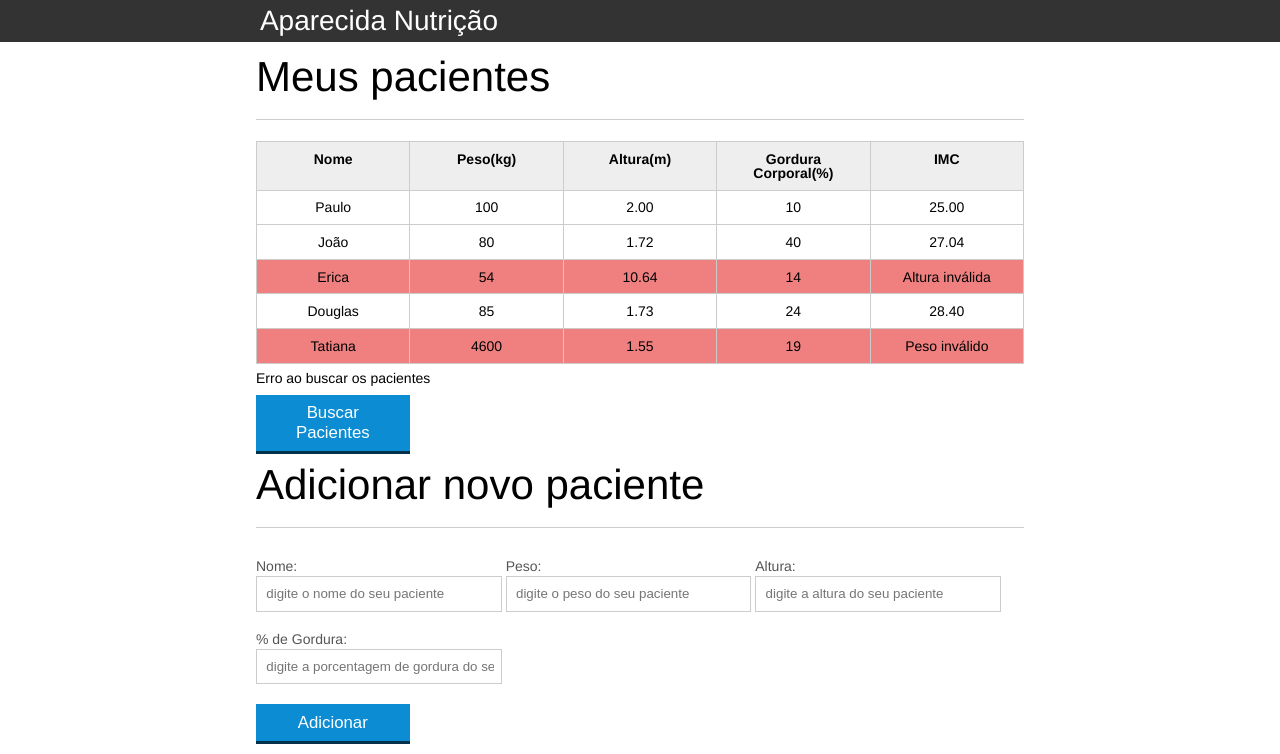
Repository: prof-fernando-alves/introducao-javascript
Page: index.html
These files come from the project's save history. The page is drawn as it stood at one moment and after a run of saves; the edit follows.
The browser window is 1280 px wide. The pictures show the whole page.

Above is the page before, as saved 2021-10-26 19:48:27.

### index.html
<!DOCTYPE html>
<html lang="pt-br">
	<head>
		<meta charset="UTF-8">
		<title>Aparecida Nutrição</title>
		<link rel="icon" href="favicon.ico" type="image/x-icon">
		<link rel="stylesheet" type="text/css" href="css/reset.css">
		<link rel="stylesheet" type="text/css" href="css/index.css">

	</head>
	<body>

		<header>
			<div class="container">
				<h2 class="titulo">Aparecida Nutrição</h2>
			</div>
		</header>
		<main>
			<section class="container">
				<h2>Meus pacientes</h2>
				<table>
					<thead>
						<tr>
							<th>Nome</th>
							<th>Peso(kg)</th>
							<th>Altura(m)</th>
							<th>Gordura Corporal(%)</th>
							<th>IMC</th>
						</tr>
					</thead>
					<tbody id="tabela-pacientes">
						<tr class="paciente" id="primeiro-paciente">
							<td class="info-nome">Paulo</td>
							<td class="info-peso">100</td>
							<td class="info-altura">2.00</td>
							<td class="info-gordura">10</td>
							<td class="info-imc">0</td>
						</tr>

						<tr class="paciente" >
							<td class="info-nome">João</td>
							<td class="info-peso">80</td>
							<td class="info-altura">1.72</td>
							<td class="info-gordura">40</td>
							<td class="info-imc">0</td>
						</tr>

						<tr class="paciente" >
							<td class="info-nome">Erica</td>
							<td class="info-peso">54</td>
							<td class="info-altura">10.64</td>
							<td class="info-gordura">14</td>
							<td class="info-imc">0</td>
						</tr>

						<tr class="paciente">
							<td class="info-nome">Douglas</td>
							<td class="info-peso">85</td>
							<td class="info-altura">1.73</td>
							<td class="info-gordura">24</td>
							<td class="info-imc">0</td>
						</tr>
						<tr class="paciente" >
							<td class="info-nome">Tatiana</td>
							<td class="info-peso">4600</td>
							<td class="info-altura">1.55</td>
							<td class="info-gordura">19</td>
							<td class="info-imc">0</td>
						</tr>
					</tbody>
				</table>
				<span id="erro-ajax" class="invisivel">Erro ao buscar os pacientes</span>

				<button id="buscar-pacientes" class="botao bto-principal">Buscar Pacientes</button>
			</section>
		</main>
		<!-- ... -->
		<section class="container">
			<h2 id="titulo-form">Adicionar novo paciente</h2>
			<ul id="mensagens-erro"></ul>
			<form id="form-adiciona">
				<div class="grupo">
					<label for="nome">Nome:</label>
					<input id="nome" name="nome" type="text" placeholder="digite o nome do seu paciente" class="campo">
				</div>
				<div class="grupo">
					<label for="peso">Peso:</label>
					<input id="peso" name="peso" type="text" placeholder="digite o peso do seu paciente" class="campo campo-medio">
				</div>
				<div class="grupo">
					<label for="altura">Altura:</label>
					<input id="altura" name="altura" type="text" placeholder="digite a altura do seu paciente" class="campo campo-medio">
				</div>
				<div class="grupo">
					<label for="gordura">% de Gordura:</label>
					<input id="gordura" type="text" placeholder="digite a porcentagem de gordura do seu paciente" class="campo campo-medio">
				</div>

				<button id="adicionar-paciente" class="botao bto-principal">Adicionar</button>
			</form>
		</section>

		<script src="js/principal.js" ></script>
		<script src="js/calcula-imc.js"></script>
		<script src="js/buscar-pacientes.js"></script>

	</body>
</html>

### css/index.css
*{
	box-sizing: border-box;
 }

body{
	font-family: "Helvetica Neue", "Helvetica", Helvetica, Arial, sans-serif;
	font-size: 14px;
}

header{
	background-color: #333;
	height: 3em;
	color: #FFF;
	margin-bottom: 1em;
}

header h1{
	font-size: 2em;
	display:inline-block;
	vertical-align:	middle;
}
header h2{
	font-size: 2em;
	display:inline-block;
	vertical-align:	middle;
}

header .container:before{
	content: '';
	display:inline-block;
	height: 100%;
	vertical-align:	middle;
}

.container{
	width: 60%;
	height: 100%;
	margin: 0 auto;
}

section{
	margin: 2em 0;
	overflow: hidden;
}

section h2{
	font-size: 3em;
	display: block;
	padding-bottom: .5em;
	border-bottom: 1px solid #ccc;
	margin-bottom: .5em;
}

table{
	width: 100%;
	margin-bottom : .5em;
    table-layout: fixed;

}

td, th {
	padding: .7em;
	margin: 0;
	border: 1px solid #ccc;
	text-align: center;
}

th{
	font-weight: bold;
	background-color: #EEE;
}

label{
	color: #555;
	display: block;
	margin-bottom: .2em;
}

.campo{
	margin: 0;
	padding-bottom: 1em;
	width: 100%;
	border: 1px solid #ccc;
	padding: .7em;
	width: 100%;
}

.campo-medio{
	display: inline-block;
	padding-right: .5em;
}

.grupo{
	width: 32%;
	display: inline-block;
	padding: 10px 0px;
}

button{
	padding: .5em 2em;
	border: 0;
	border-bottom: 3px solid;
	font-size: 1.2em;
	cursor: pointer;
	margin: 0;
	margin-top: -3px;
	color: #fff;
	background-color:#0c8cd3;
	border-color: #04324c;
	width: 20%;
    display: block;
    clear: both;
    margin: 10px 0px;

}

button:active{
	margin-top:0px;
	border: 0;
}

button[disabled=disabled], button:disabled {
    background-color: gray;
	border-color: darkgray;

}

.adicionar-paciente{
    margin-top: 30px;
}

.campo-invalido{
	border: 1px solid red;
}

.paciente-invalido{
	background-color : lightcoral;
}

#mensagens-erro{
	color: red;
}

### js/principal.js
    var botaoAdicionar = document.querySelector("#adicionar-paciente")
        botaoAdicionar.addEventListener("click", function(){
            event.preventDefault()
            var form = document.querySelector("#form-adiciona")

            var paciente = obtemPacienteDoFormulario(form)

            var erros = validaPaciente(paciente)
            console.log(erros)

            if (erros.length > 0){
                exibeMensagensDeErro(erros)
                return
            }

            var pacienteTr = montaTr(paciente)

            var tabela = document.querySelector("#tabela-pacientes");

            tabela.appendChild(pacienteTr);
            form.reset()

            var mensagensErro = document.querySelector("#mensagens-erro")
            mensagensErro.innerHTML = ""
        })

    function obtemPacienteDoFormulario(form) {
        var paciente = {
             nome : form.nome.value,
             peso : form.peso.value,
             altura : form.altura.value,
             gordura : form.gordura.value,
             imc: calculaImc(form.peso.value, form.altura.value)
        }
        return paciente
    }

    function montaTr(paciente){
        var pacienteTr = document.createElement("tr");

        pacienteTr.classList.add("paciente")

        pacienteTr.appendChild(montaTd(paciente.nome, "info-nome"))
        pacienteTr.appendChild(montaTd(paciente.peso, "info-peso"))
        pacienteTr.appendChild(montaTd(paciente.altura, "info-altura"))
        pacienteTr.appendChild(montaTd(paciente.gordura, "info-gordura"))
        pacienteTr.appendChild(montaTd(paciente.imc, "info-imc"))

        return pacienteTr
    }

    function montaTd(dado, classe) {
        var td = document.createElement("td")
        td.classList.add(classe)
        td.textContent = dado

        return td
    }

    function validaPaciente(paciente){

        var erros = []

        if (paciente.nome.length == 0){
            erros.push("O campo nome não pode estar em branco")
        }

        if (paciente.gordura.length == 0){
            erros.push("O campo gordura não pode estar em branco")
        }

        if (paciente.peso.length == 0) {
            erros.push("O campo peso não pode estar em branco")
        }

        if (paciente.altura.length == 0) {
            erros.push("O campo altura não pode estar em branco")
        }

        return erros
    }

    function exibeMensagensDeErro(erros){
        var ul = document.querySelector("#mensagens-erro")
        ul.innerHTML = ""

        erros.forEach(function(erro){
            var li = document.createElement("li")
            li.textContent = erro
            ul.appendChild(li)
        })
    }

### js/calcula-imc.js
var pacientes = document.querySelectorAll(".paciente");

for (var i=0; i < pacientes.length; i++){
        var paciente = pacientes[i]

        var tdPeso = paciente.querySelector(".info-peso");
        var peso = tdPeso.textContent;

        var tdAltura = paciente.querySelector(".info-altura");
        var altura = tdAltura.textContent;

        var tdImc = paciente.querySelector(".info-imc");

        var pesoEhValido = true;
        var alturaEhValida = true;

        if (peso <= 0 || peso >= 1000) {
            console.log("Peso inválido!");
            pesoEhValido = false;
            tdImc.textContent = "Peso inválido";
            paciente.classList.add("paciente-invalido")
        }

        if (altura <= 0 || altura >= 3.00) {
            console.log("Altura inválida!");
            alturaEhValida = false;
            tdImc.textContent = "Altura inválida";
            paciente.classList.add("paciente-invalido")

        }

        if (pesoEhValido && alturaEhValida) {
            var imc = calculaImc(peso,altura)
            tdImc.textContent = imc
        }
}
//Aula
function calculaImc (peso,altura){
        var imc = 0;

        imc = peso / (altura * altura);

        return imc.toFixed(2);

    }

Loaded but not shown: css/reset.css (common file); js/buscar-pacientes.js (no stored copy; drawn as an empty file)

After the next 2 saves:
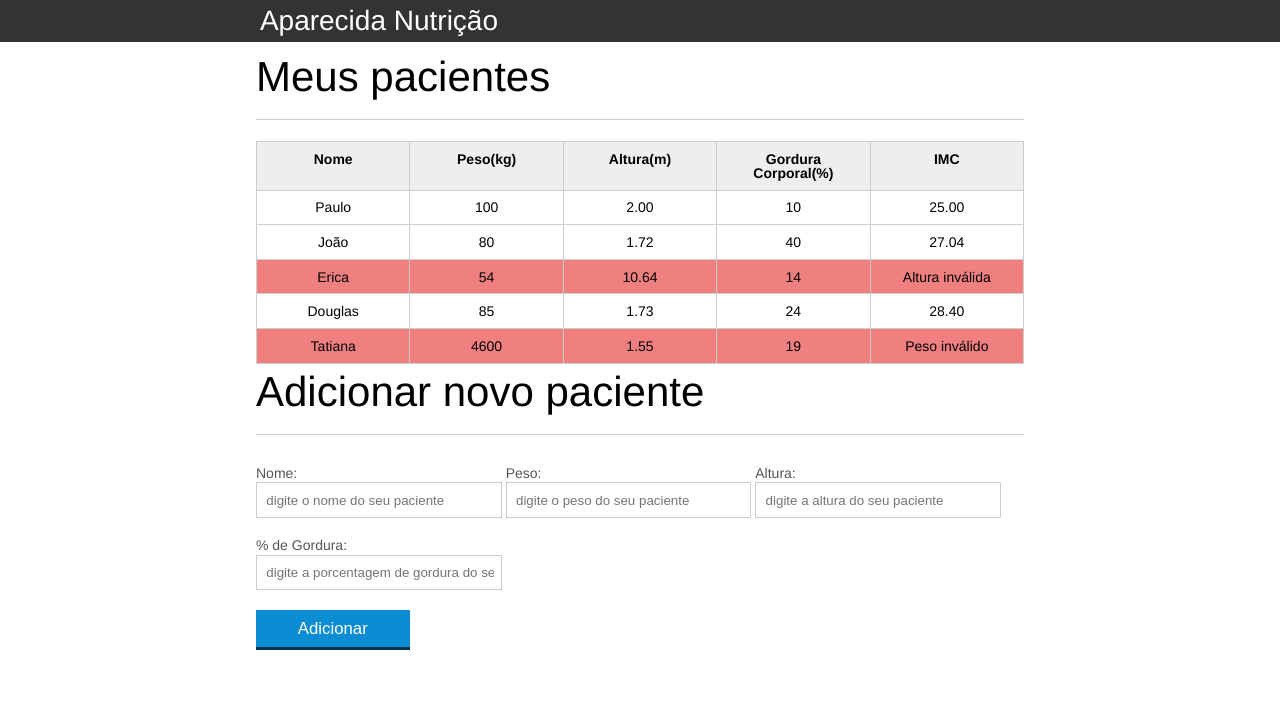
The 2 saves are shown as one change because they came seconds apart.
The last was saved 8 s later.
--- a/index.html
+++ b/index.html
@@ -69,9 +69,7 @@
 						</tr>
 					</tbody>
 				</table>
-				<span id="erro-ajax" class="invisivel">Erro ao buscar os pacientes</span>
 
-				<button id="buscar-pacientes" class="botao bto-principal">Buscar Pacientes</button>
 			</section>
 		</main>
 		<!-- ... -->
@@ -102,7 +100,6 @@
 
 		<script src="js/principal.js" ></script>
 		<script src="js/calcula-imc.js"></script>
-		<script src="js/buscar-pacientes.js"></script>
 
 	</body>
 </html>
